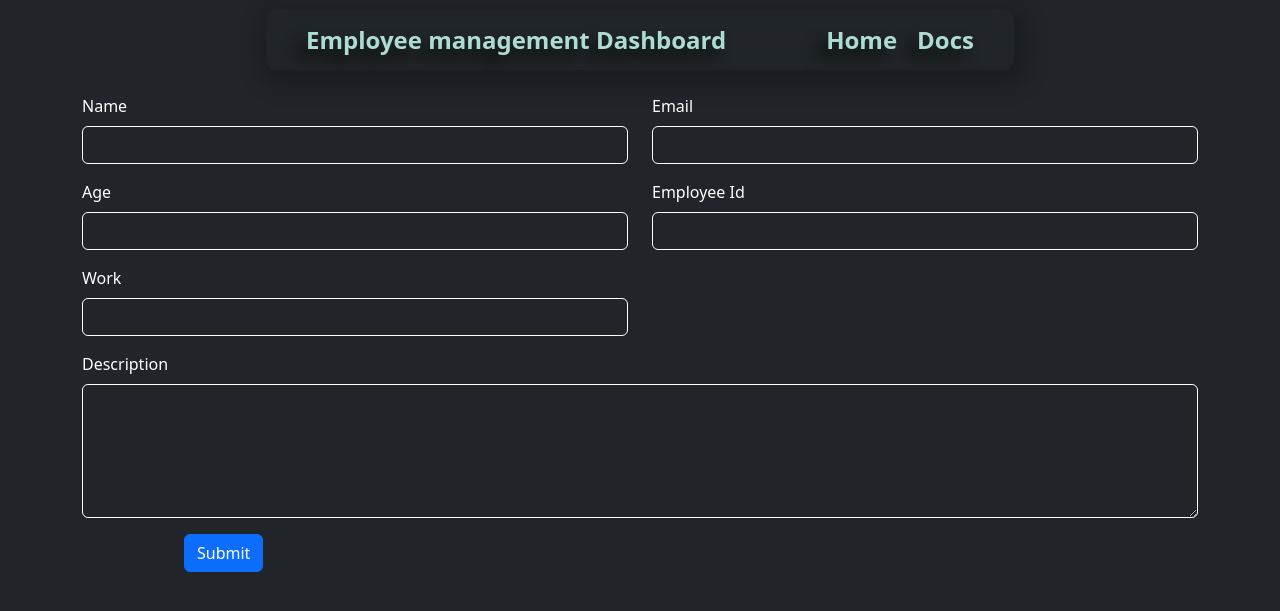
Repository: iamevs/Employee-Management-System
Page: /register (app in client/)
The author's editor kept a copy of each file at every save. The page is drawn from the files as they stood at one save, then again after the next save.
The browser window is 1280 px wide. The pictures show the whole page.
The project was rebuilt for these pictures with package versions that can differ from the ones it lists, and the page was loaded fresh each time. Also part of the build but not shown: client/vite.config.js, client/src/components/Home.jsx, client/src/components/Edit.jsx, client/src/components/Hero.jsx. Imported but missing from the stored project, and not drawn on this page: client/src/components/Details.

Above is the page before, as saved 2022-11-29 00:49:17.

### client/index.html
<html lang="en">
  <head>
    <meta charset="UTF-8" />
    <link rel="icon" type="image/svg+xml" href="/vite.svg" />
    <meta name="viewport" content="width=device-width, initial-scale=1.0" />
    <title>employee-management</title>
  </head>
  <body>
    <div id="root"></div>
    <script type="module" src="/src/main.jsx"></script>
  </body>
</html>

### client/src/main.jsx
import React, { StrictMode } from 'react';
import ReactDOM from 'react-dom';
import { createRoot } from "react-dom/client";
import './index.css';
import App from './App';
import { BrowserRouter } from "react-router-dom"
import ContextProvider from "./components/context/ContextProvider";
// root.render(
//   <StrictMode>
//   <ContextProvider>
//     <BrowserRouter>
//       <App />
//     </BrowserRouter>
//   </ContextProvider>
//   </StrictMode>
//   ,
//   document.getElementById('root')
// );


createRoot(document.getElementById('root')).render(
  <ContextProvider>
    <BrowserRouter>
      <App />
    </BrowserRouter>
  </ContextProvider>
)

### client/src/index.css
body {
  margin: 0;
  font-family: -apple-system, BlinkMacSystemFont, 'Segoe UI', 'Roboto', 'Oxygen',
    'Ubuntu', 'Cantarell', 'Fira Sans', 'Droid Sans', 'Helvetica Neue',
    sans-serif;
  -webkit-font-smoothing: antialiased;
  -moz-osx-font-smoothing: grayscale;
  background-color: #212529 !important;
  color: #fff !important;
}

code {
  font-family: source-code-pro, Menlo, Monaco, Consolas, 'Courier New',
    monospace;
}

.btns{
  display: flex;
  justify-content: space-between;
}

.btns > .tool, .tool{
  /* border: 1px solid #fff; */
  backdrop-filter: blur(10px);
  box-shadow: 0px 0px 9px 1px rgb(0 0 0 / 35%);
}

.form-control{
  background-color: #212529 !important;
  color: #C8DBBE !important;
  border: 1px solid #fff !important;
}

### client/src/App.jsx
import './App.css';
import "../node_modules/bootstrap/dist/css/bootstrap.min.css"
import "../node_modules/bootstrap/dist/js/bootstrap.bundle.min.js"
import Navbar from './components/Navbar';
import Home from './components/Home';
import Register from './components/Register';
import Edit from './components/Edit';
import Details from './components/Details';
import Hero from "./components/Hero.jsx";
import {Routes,Route} from "react-router-dom"




function App() {
  return (
   <>
    <Navbar />
    <Routes>
      <Route path="/" element={<Hero/>} />
      <Route  path="/home" element={<Home/>} />
      <Route exact path="/register" element={<Register/>} />
      <Route exact path="/edit/:id" element={<Edit/>} />
      <Route exact path="/view/:id" element={<Details/>} />
    </Routes>

   </>
  );
}

export default App;

### client/src/components/context/ContextProvider.jsx
import React, { createContext, useState } from 'react'


export const adddata = createContext("");
export const updatedata = createContext("");
export const deldata = createContext("");

const ContextProvider = ({ children }) => {

    const [udata, setUdata] = useState("");
    const [updata, setUPdata] = useState("");
    const [dltdata, setDLTdata] = useState("");


    return (
        <adddata.Provider value={{ udata, setUdata }}>
            <updatedata.Provider value={{ updata, setUPdata }}>
                <deldata.Provider value={{dltdata, setDLTdata}}>
                    {children}
                </deldata.Provider>

            </updatedata.Provider>

        </adddata.Provider>
    )
}

export default ContextProvider;

### client/src/App.css
.add_btn{
  text-align: right;
}

.container{
  overflow: auto;
}

.left_view h3{
  font-size: 21px;
}

.left_view p{
  font-weight: 600;
}

.left_view span{
  font-weight: 400;
}

.right_view p{
  font-weight: 600;
}


.right_view span{
  font-weight: 400;
}

### client/src/components/Navbar.jsx
import React from 'react'
import { NavLink } from 'react-router-dom'
import { Box, Stack } from "@mui/material";


const Navbar = () => {
    return (
        <Stack justifyContent={"center"} direction={"row"} marginTop={"10px"}>
            <Box justifyContent={"space-between"} alignItems={"center"} className="navbar navbar-expand-lg text-white" sx={{
                backgroundColor: "transparent",
                backdropFilter: "blur(10px) !important",
                position: "relative",
                color: "white",
                boxShadow: "4px 7px 20px 11px rgb(0 0 0 / 20%)",
                height: "60px",
                padding: "0 40px 0 40px",
                width: "auto",
                borderRadius: "10px"
            }}>
                <Box sx={{
                    fontSize: "1.5rem",
                    color: "#ADDDD0",
                    fontWeight: "600",
                    textShadow: "-10px 10px 15px rgba(0, 0, 0, 0.8)",
                    marginRight: "100px"
                }}>Employee management Dashboard</Box>
                <Box direction={"row"}>
                    <a href="/home" style={{
                        fontSize: "1.5rem",
                        color: "#ADDDD0",
                        fontWeight: "600",
                        textShadow: "-10px 10px 15px rgba(0, 0, 0, 0.8)",
                        textDecoration: "none",
                    }}>Home</a>
                    <a href="/" style={{
                        fontSize: "1.5rem",
                        color: "#ADDDD0",
                        fontWeight: "600",
                        textShadow: "-10px 10px 15px rgba(0, 0, 0, 0.8)",
                        textDecoration: "none",
                        marginLeft: "20px"
                    }}>Docs</a>

                </Box>
            </Box>
        </Stack>
    )
}

export default Navbar

### client/src/components/Register.jsx
import React, { useContext, useState } from 'react'
import { NavLink, useNavigate } from 'react-router-dom'
import { adddata } from './context/ContextProvider';

var link = "http://localhost:8001/create";

const Register = () => {

    const { udata, setUdata } = useContext(adddata);

    const history = useNavigate();

    const [inpval, setINP] = useState({
        name: "",
        email: "",
        age: "",
        mobile: "",
        work: "",
        desc: ""
    })

    const setdata = (e) => {
        console.log(e.target.value);
        const { name, value } = e.target;
        setINP((preval) => {
            return {
                ...preval,
                [name]: value
            }
        })
    }


    const addinpdata = async (e) => {
        e.preventDefault();

        const { name, email, work, mobile, desc, age } = inpval;


        if (name == "") {
            alert("name is required")
        } else if (email == "") {
            alert("email is required")
        } else if (!email.includes("@")) {
            alert("enter valid email")
        } else if (work == "") {
            alert("work is required")
        } else if (mobile == "") {
            alert("emp id is required")
        } else if (age == "") {
            alert("age is required")
        } else {

            const res = await fetch(link, {
                method: "POST",
                headers: {
                    "Content-Type": "application/json"
                },
                body: JSON.stringify({
                    name, email, work, mobile, desc, age
                })
            });

            const data = await res.json();
            console.log(data);

            if (res.status === 422 || !data) {
                console.log("error ");
                alert("error");

            } else {
                history("/home");
                setUdata(data)
                console.log("data added");

            }
        }

    }

    return (
        <div className="container">
            <form className="mt-4">
                <div className="row">
                    <div class="mb-3 col-lg-6 col-md-6 col-12">
                        <label for="exampleInputEmail1" class="form-label">Name</label>
                        <input type="text" value={inpval.name} onChange={setdata} name="name" class="form-control" id="exampleInputEmail1" aria-describedby="emailHelp" />
                    </div>
                    <div class="mb-3 col-lg-6 col-md-6 col-12">
                        <label for="exampleInputPassword1" class="form-label">Email</label>
                        <input type="email" value={inpval.email} onChange={setdata} name="email" class="form-control" id="exampleInputPassword1" />
                    </div>
                    <div class="mb-3 col-lg-6 col-md-6 col-12">
                        <label for="exampleInputPassword1" class="form-label">Age</label>
                        <input type="text" value={inpval.age} onChange={setdata} name="age" class="form-control" id="exampleInputPassword1" />
                    </div>
                    <div class="mb-3 col-lg-6 col-md-6 col-12">
                        <label for="exampleInputPassword1" class="form-label">Employee Id</label>
                        <input type="number" value={inpval.mobile} onChange={setdata} name="mobile" class="form-control" id="exampleInputPassword1" />
                    </div>
                    <div class="mb-3 col-lg-6 col-md-6 col-12">
                        <label for="exampleInputPassword1" class="form-label">Work</label>
                        <input type="text" value={inpval.work} onChange={setdata} name="work" class="form-control" id="exampleInputPassword1" />
                    </div>
                    <div class="mb-3 col-lg-12 col-md-12 col-12">
                        <label for="exampleInputPassword1" class="form-label">Description</label>
                        <textarea name="desc" value={inpval.desc} onChange={setdata} className="form-control" id="" cols="30" rows="5"></textarea>
                    </div>

                    <button type="submit" onClick={addinpdata} class="btn btn-primary" style={{width: "auto", marginLeft: "10%"}}>Submit</button>
                </div>
            </form>
        </div>
    )
}
export default Register;

After the next save:
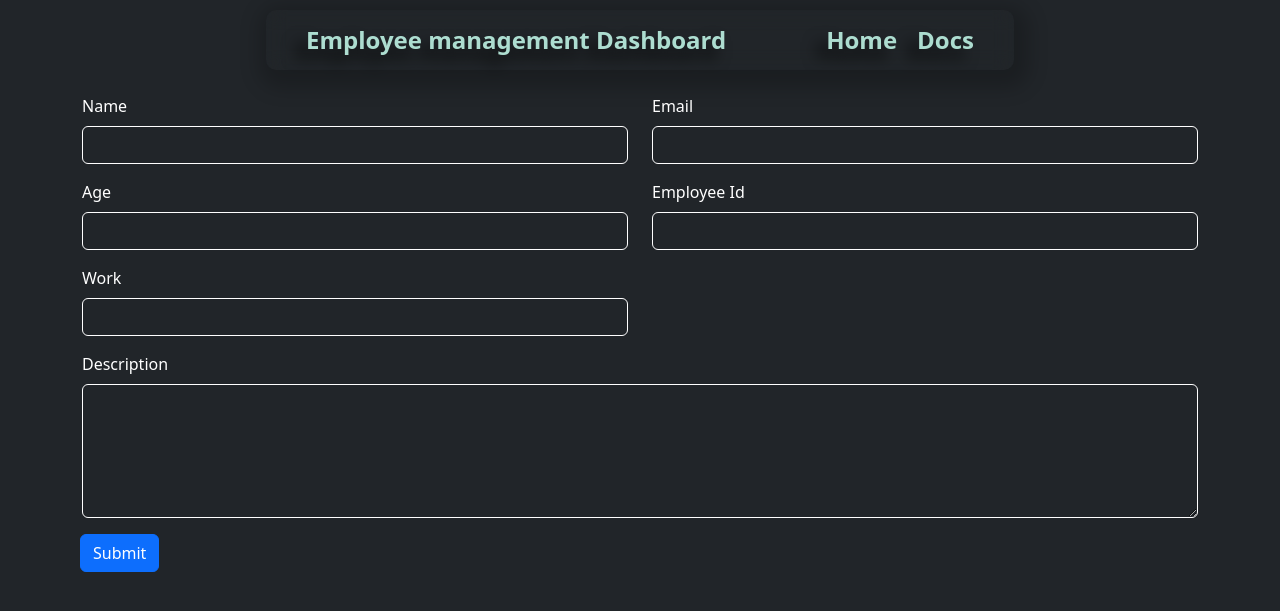
Saved 4 s later.
--- a/client/src/components/Register.jsx
+++ b/client/src/components/Register.jsx
@@ -107,7 +107,7 @@ const Register = () => {
                         <textarea name="desc" value={inpval.desc} onChange={setdata} className="form-control" id="" cols="30" rows="5"></textarea>
                     </div>
 
-                    <button type="submit" onClick={addinpdata} class="btn btn-primary" style={{width: "auto", marginLeft: "10%"}}>Submit</button>
+                    <button type="submit" onClick={addinpdata} class="btn btn-primary" style={{width: "auto", marginLeft: "10px"}}>Submit</button>
                 </div>
             </form>
         </div>
